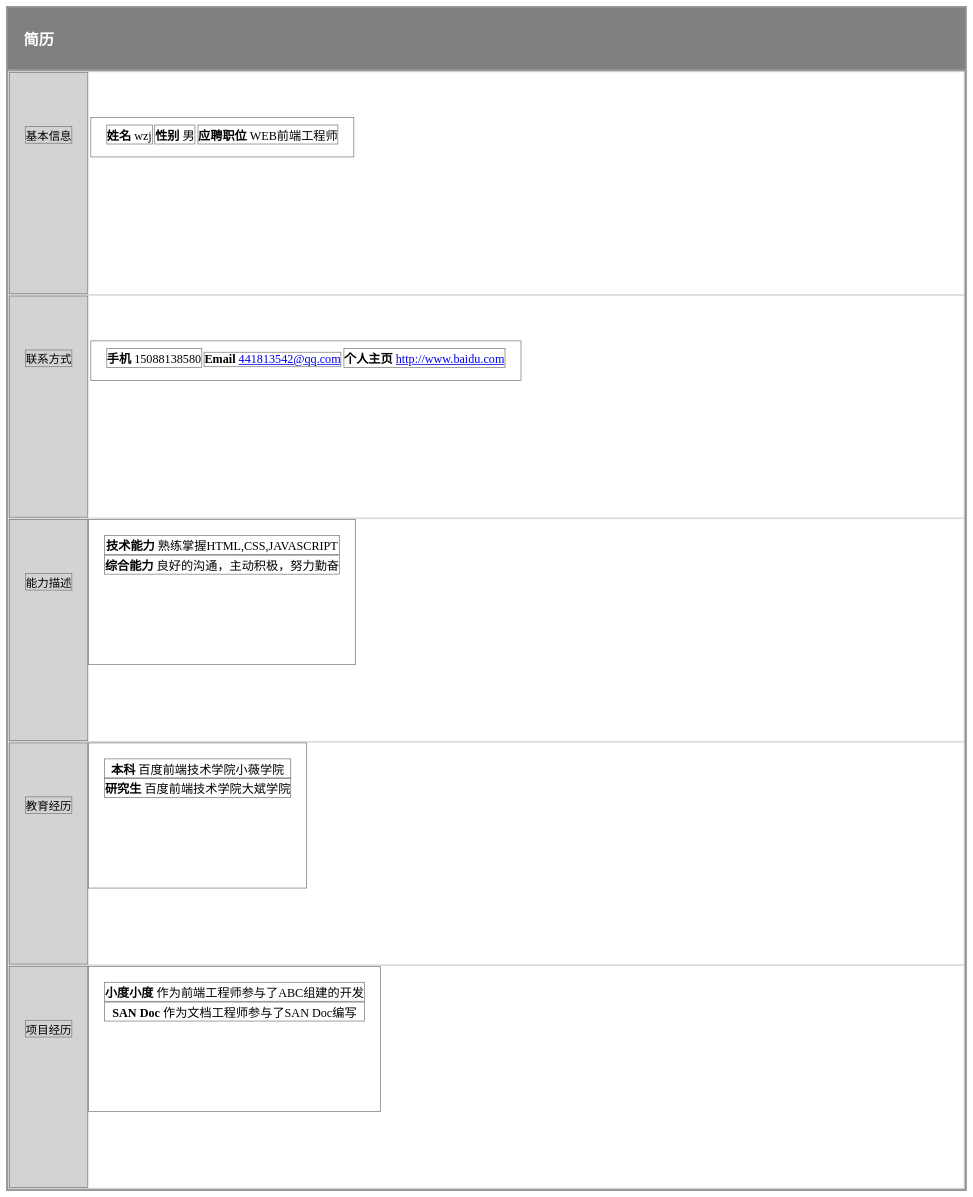
Repository: w441813542/webrecord
Page: day6_day7/jianli.html
The author's editor kept a copy of each file at every save. The page is drawn from the files as they stood at one save, then again after the next save.
The browser window is 1280 px wide. The pictures show the whole page, at 76% of full size.

Above is the page before, as saved 2021-03-09 15:13:12.

### day6_day7/jianli.html
<!DOCTYPE html>
<html>

<head>
  <!-- <link rel="stylesheet" type="text/css" href="style_1.css" /> -->
  <!-- <link rel="stylesheet" type="text/css" href="style_2.css" /> -->
  <link rel="stylesheet" type="text/css" href="style_3.css" />
</head>

<body>
  <div class="box">
    <div class="left">
      <div class="caption">简历</div>
    </div>
    <div class="right">
      <div>
        <!-- <tr>
          <th rowspan="15" class="caption" align="center" valign="top">简历</th>
        </tr> -->
        <div class="part">
          <div class="part_left">
            <div class="th">基本信息</div>
          </div>
          <div class="part_right">
            <div class="td"><span>姓名</span> wzj</div>
            <div class="td"><span>性别</span> 男</div>
            <div class="td"><span>应聘职位</span> WEB前端工程师</div>
          </div>
        </div>
        <div class="part">
          <div class="part_left">
            <div class="th">联系方式</div>
          </div>
          <div class="part_right">
            <div class="td"><span>手机</span> 15088138580</div>
            <div class="td"><span>Email</span> <a href="mailto:441813542@qq.com">441813542@qq.com</a></div>
            <div class="td"><span>个人主页</span> <a href="http://www.baidu.com">http://www.baidu.com</a></div>
          </div>
        </div>
        <div class="part flex">
          <div class="part_left">
            <div class="th">能力描述</div>
          </div>
          <div class="part_right">
            <div class="td msgtd block"><span>技术能力</span> 熟练掌握HTML,CSS,JAVASCRIPT</div>
            <div class="td msgtd block"><span>综合能力</span> 良好的沟通，主动积极，努力勤奋</div>
          </div>
        </div>
        <div class="part flex">
          <div class="part_left">
            <div class="th">教育经历</div>
          </div>
          <div class="part_right">
            <div class="td msgtd block"><span>本科</span> 百度前端技术学院小薇学院</div>
            <div class="td msgtd block"><span>研究生</span> 百度前端技术学院大斌学院</div>
          </div>
        </div>
        <div class="part flex">
          <div class="part_left">
            <div class="th">项目经历</div>
          </div>
          <div class="part_right">
            <div class="td msgtd block"><span>小度小度</span> 作为前端工程师参与了ABC组建的开发</div>
            <div class="td msgtd block"><span>SAN Doc</span> 作为文档工程师参与了SAN Doc编写</div>
          </div>
        </div>
      </div>

    </div>
  </div>
</body>

</html>

### day6_day7/style_3.css
html {
    font-size: 10px;
  }

  div{
    border: 1px solid gray;
  }

  .td {
    font-size: 1.6em;
    display: inline-block;
    text-align: center;
  }

  .th {
    font-size: 1.5em;
    text-align: center;
    display: inline-block;
  }

  .caption {
    font-size: 2em;
    font-weight: bold;
    color: white;
    text-align: left;
    background: gray;
    padding-top: 25px;
    padding-left: 20px;
    padding-bottom: 25px;
  }

 .part{
   display: block;
   border: 1px solid lightgray;
 }

  .part_left{
    display: inline-block;
    text-align: center;
    padding-top: 70px;
    padding-bottom: 70px;
    padding-left: 20px;
    padding-right: 20px;
    height: 150px;
    background: lightgray;
  }

  .part_right{
    display: inline;
    height: 150px;
    padding: 20px;
  }

  span {
    font-weight: bold;
  }

  .box{
      display: block;
  }

  .flex{
    display: flex;
  }

  .block{
    display: block;
  }

After the next save:
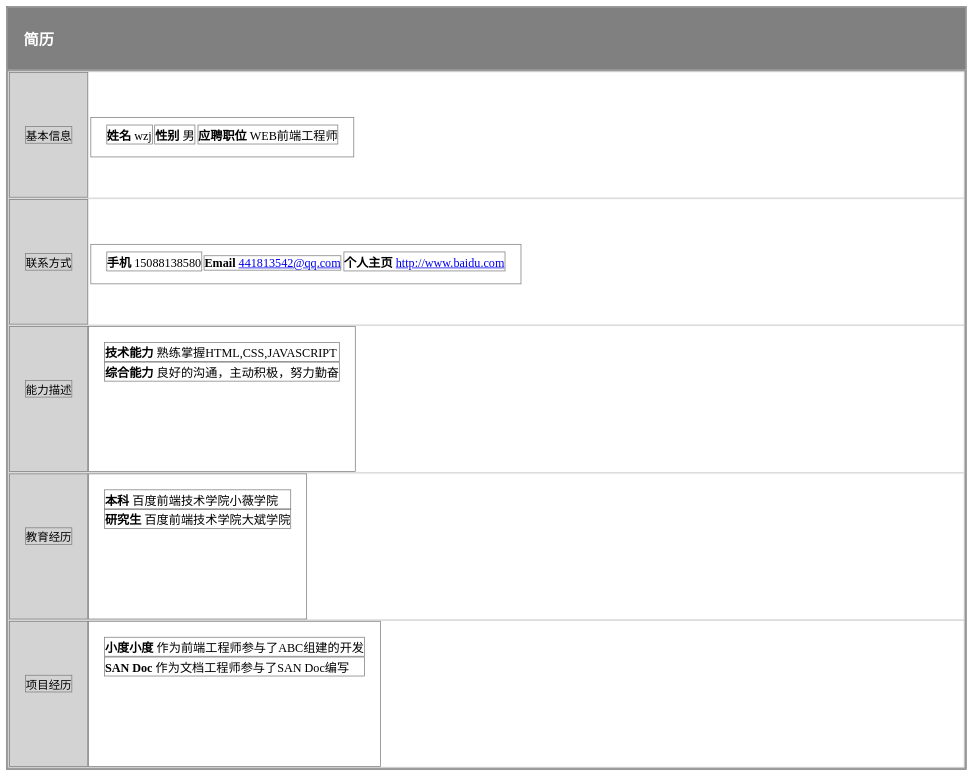
Saved 37 s later.
--- a/day6_day7/style_3.css
+++ b/day6_day7/style_3.css
@@ -9,12 +9,10 @@ html {
   .td {
     font-size: 1.6em;
     display: inline-block;
-    text-align: center;
   }
 
   .th {
     font-size: 1.5em;
-    text-align: center;
     display: inline-block;
   }
 
@@ -41,7 +39,6 @@ html {
     padding-bottom: 70px;
     padding-left: 20px;
     padding-right: 20px;
-    height: 150px;
     background: lightgray;
   }
 
